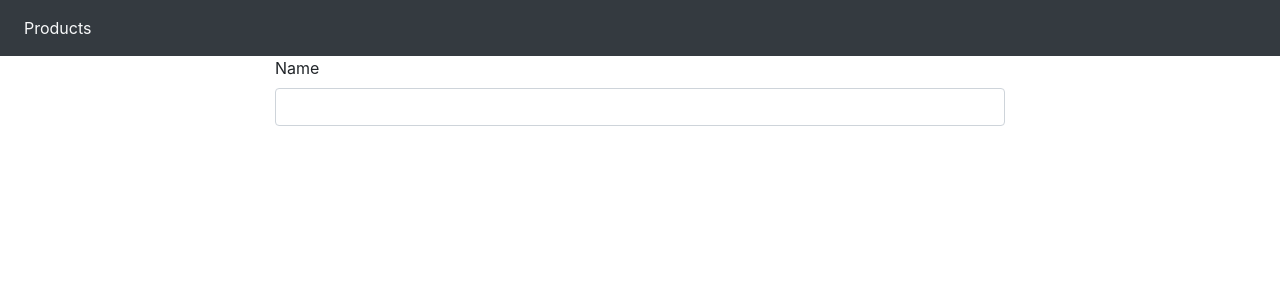
Repository: Aniksaha19/curd
Page: http://localhost/product/create
These files come from the project's save history. The page is drawn as it stood at one moment and after a run of saves; the edit follows.
The browser window is 1280 px wide. The pictures show the whole page.
The page is served by the project's Laravel application, run on PHP 8.4 with Laravel 10. Other server files are loaded and not shown.

Above is the page before, as saved 2023-06-01 16:42:15.

### routes/web.php
<?php

use Illuminate\Support\Facades\Route;
use App\Http\Controllers\ProductController;

/*
|--------------------------------------------------------------------------
| Web Routes
|--------------------------------------------------------------------------
|
| Here is where you can register web routes for your application. These
| routes are loaded by the RouteServiceProvider and all of them will
| be assigned to the "web" middleware group. Make something great!
|
*/

Route::get('/', [ProductController::class, 'index'])->name('products.index');
Route::get('product/create', [ProductController::class, 'create'])->name('products.create');

### app/Http/Controllers/ProductController.php
<?php

namespace App\Http\Controllers;

use Illuminate\Http\Request;

class ProductController extends Controller
{
    public function index(){
        return view('products.index');
    }
    public function create(){
        return view('products.create');
    }
}

### resources/views/products/create.blade.php
<!DOCTYPE html>
<html lang="en">
<head>
    <meta charset="UTF-8">
    <meta http-equiv="X-UA-Compatible" content="IE=edge">
    <meta name="viewport" content="width=device-width, initial-scale=1.0">
    <title>Laravel CURD</title>

    <link rel="stylesheet" href="https://cdn.jsdelivr.net/npm/bootstrap@4.6.2/dist/css/bootstrap.min.css">
    <script src="https://cdn.jsdelivr.net/npm/jquery@3.6.4/dist/jquery.slim.min.js"></script>
    <script src="https://cdn.jsdelivr.net/npm/popper.js@1.16.1/dist/umd/popper.min.js"></script>
    <script src="https://cdn.jsdelivr.net/npm/bootstrap@4.6.2/dist/js/bootstrap.bundle.min.js"></script>
</head>
<body>

        <nav class="navbar navbar-expand-sm bg-dark">
            <ul class="navbar-nav">
                <li class="nav-item">
                    <a class="nav-link text-light" href="/">Products</a>
                </li>
            </ul>
        </nav>
           <div class="container">
                <div class="row justify-content-center">
                    <div class="col-sm-8">
                        <div
                        <form method="POST">
                            @csrf
                            <div class="form-group">
                                <label>Name</label>
                                <input type="text" name="name" class="form-control"/>
                            </div>
                        </form>
                    </div>
                </div>
           </div>
        </div>
</body>
</html>

Loaded but not shown: app/Http/Controllers/Controller.php (common file)

After the next 5 saves:
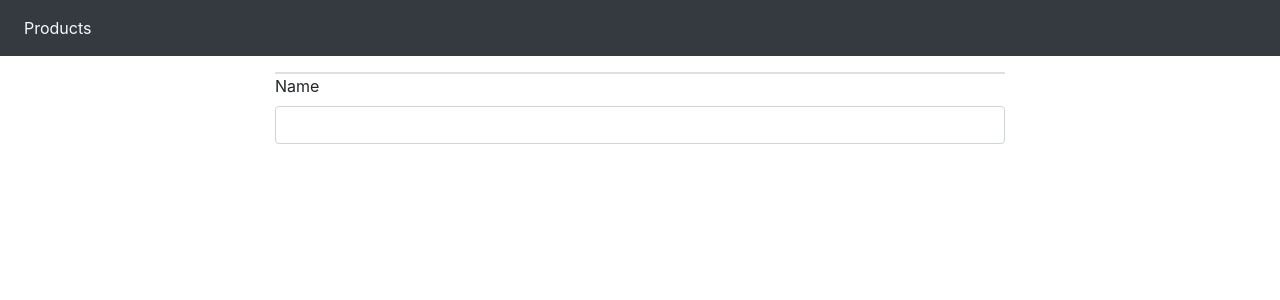
The 5 saves are shown as one change because they came seconds apart.
The last was saved 15 s later.
--- a/resources/views/products/create.blade.php
+++ b/resources/views/products/create.blade.php
@@ -23,7 +23,7 @@
            <div class="container">
                 <div class="row justify-content-center">
                     <div class="col-sm-8">
-                        <div
+                        <div class="card mt-3"></div>
                         <form method="POST">
                             @csrf
                             <div class="form-group">
